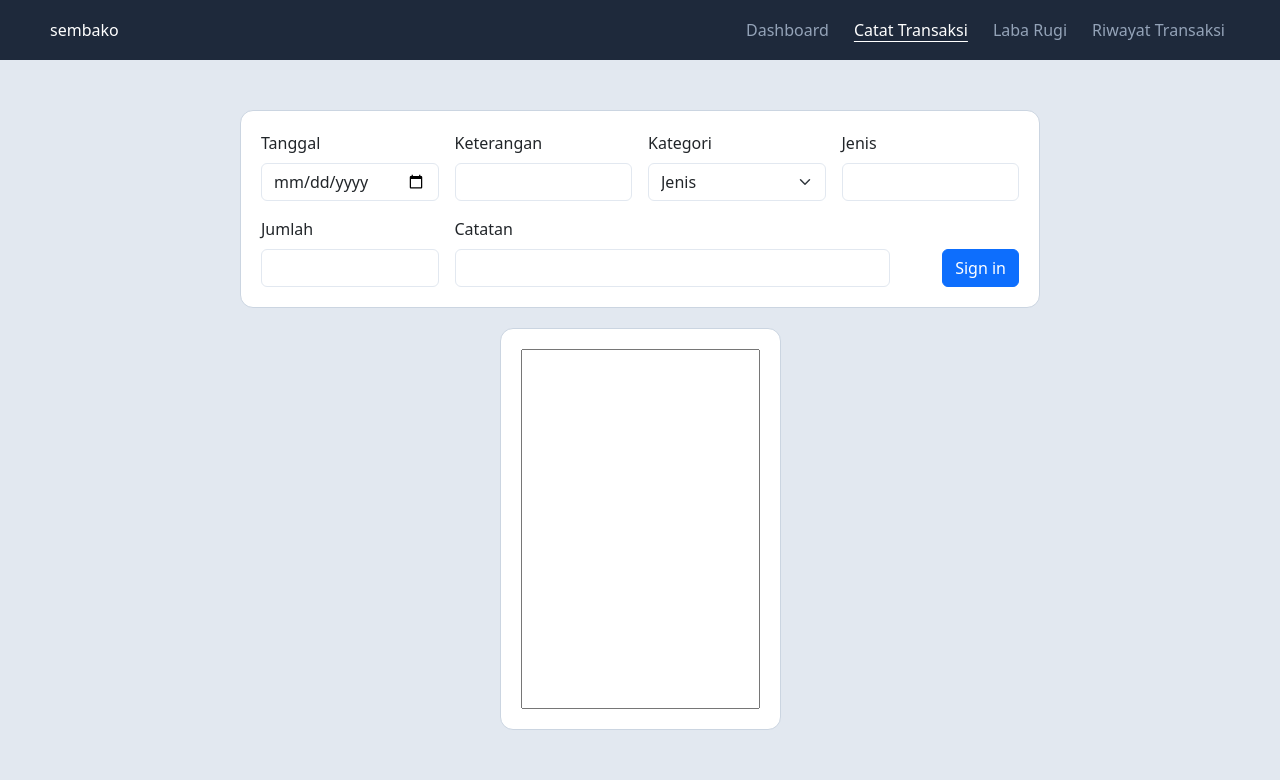
Repository: musdalifahzahra/Projek-Akhir-PWD-2026
Page: http://localhost/3-catat-transaksi.php
These files come from the project's save history. The page is drawn as it stood at one moment and after the next save; the edit follows.
The browser window is 1280 px wide. The pictures show the whole page.
The page is run by PHP 8.4 with error messages shown; the project is at /var/www/html/.

Above is the page before, as saved 2026-04-10 17:28:29.

After the next save:
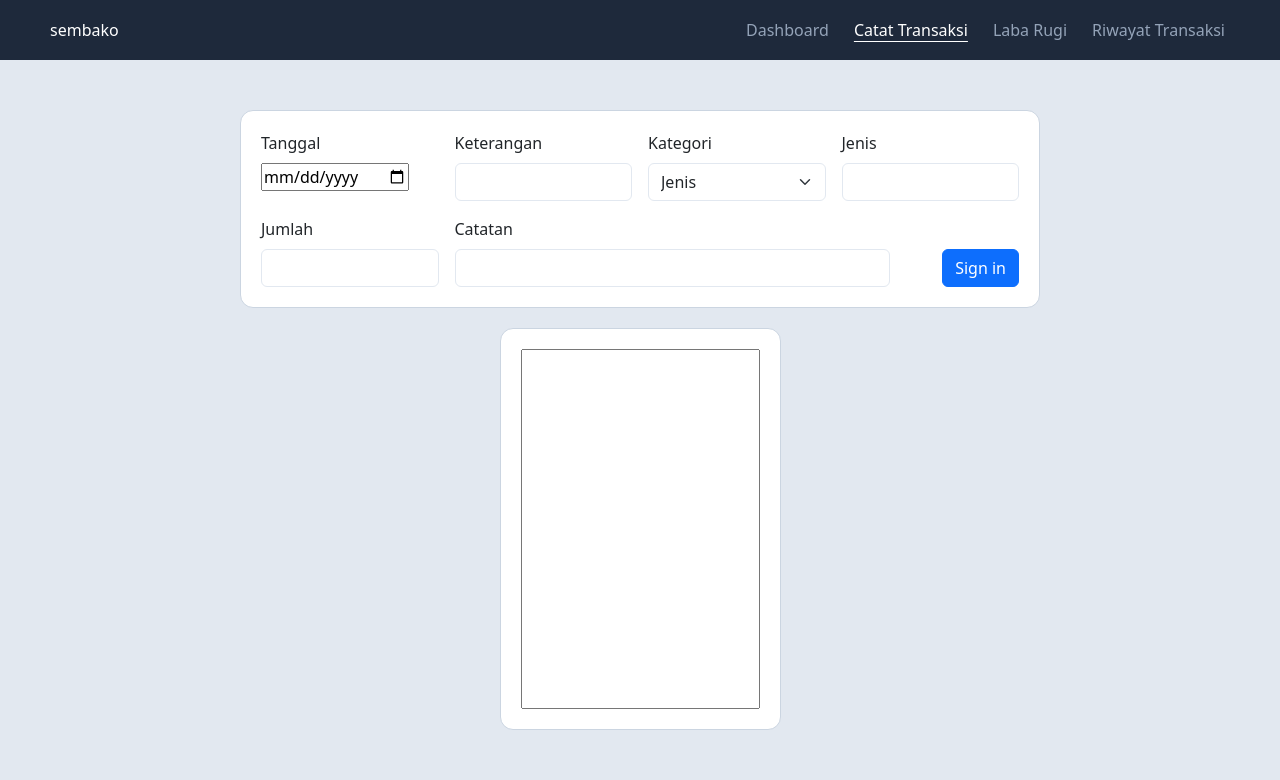
Saved 5 s later.
--- a/3-catat-transaksi.php
+++ b/3-catat-transaksi.php
@@ -32,7 +32,7 @@
                 <!-- tanggal -->
                 <div class="col-md-3">
                     <label for="inputCity" class="form-label">Tanggal</label>
-                    <input type="date" class="form-control" id="inputCity">
+                    <input type="date" class="" id="inputCity">
                 </div>
                 <!-- keterangan -->
                 <div class="col-md-3">

After the 2 saves that followed:
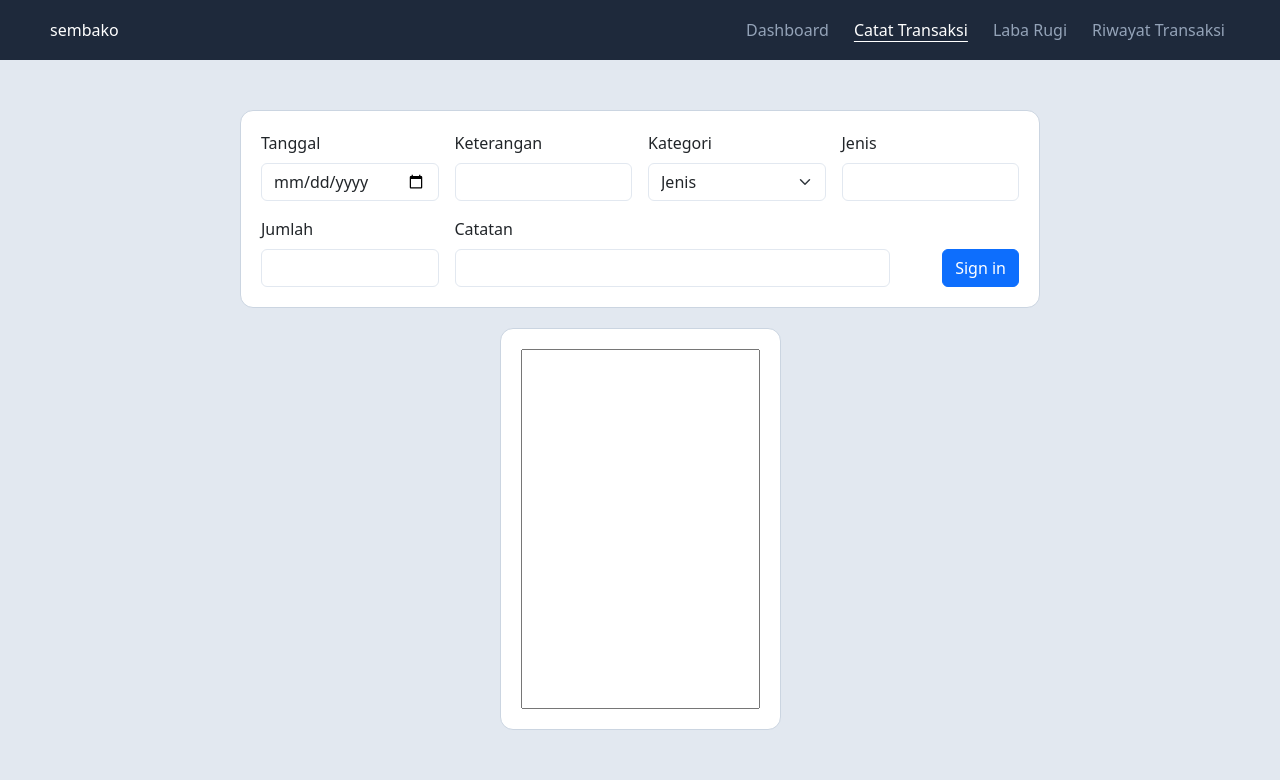
The 2 saves are shown as one change because they came seconds apart.
The last was saved 23 s later.
--- a/3-catat-transaksi.php
+++ b/3-catat-transaksi.php
@@ -32,7 +32,7 @@
                 <!-- tanggal -->
                 <div class="col-md-3">
                     <label for="inputCity" class="form-label">Tanggal</label>
-                    <input type="date" class="" id="inputCity">
+                    <input type="date" class="form-control" id="inputCity">
                 </div>
                 <!-- keterangan -->
                 <div class="col-md-3">
